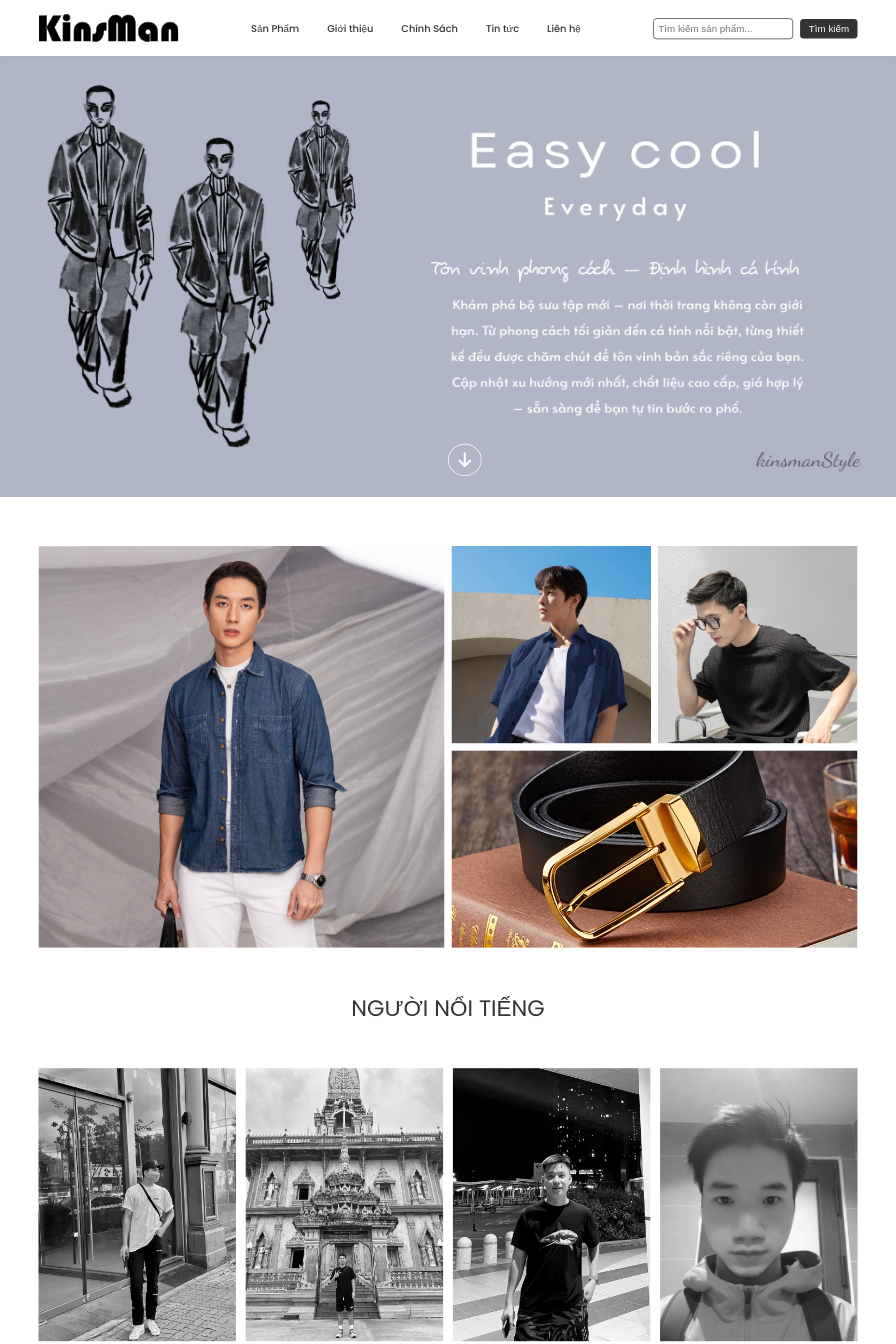
Repository: hoang28092000/kinsmanClothes
Page: index.html
An editor plug-in stored every save of this project. The page is shown before and after the next save, followed by the edit.
The browser window is 1280 px wide. The pictures show the part of the page from y = 0 to 1920 px (the page is 3495 px tall), at 70% of full size.

Above is the page before, as saved 2025-05-08 19:14:20.

### index.html
<!DOCTYPE html>
<html lang="en">
  <head>
    <meta charset="UTF-8" />
    <meta name="viewport" content="width=device-width, initial-scale=1.0" />
    <link rel="preconnect" href="https://fonts.googleapis.com" />
    <link rel="preconnect" href="https://fonts.gstatic.com" crossorigin />
    <link
      href="https://fonts.googleapis.com/css2?family=Poppins:ital,wght@0,100;0,200;0,300;0,400;0,500;0,600;0,700;0,800;0,900;1,100;1,200;1,300;1,400;1,500;1,600;1,700;1,800;1,900&display=swap"
      rel="stylesheet"
    />
    <link
      rel="stylesheet"
      href="https://cdnjs.cloudflare.com/ajax/libs/font-awesome/6.7.2/css/all.min.css"
      integrity="sha512-Evv84Mr4kqVGRNSgIGL/F/aIDqQb7xQ2vcrdIwxfjThSH8CSR7PBEakCr51Ck+w+/U6swU2Im1vVX0SVk9ABhg=="
      crossorigin="anonymous"
      referrerpolicy="no-referrer"
    />
    <link rel="stylesheet" href="./css/reset.css" />
    <link rel="stylesheet" href="./css/main.css" />

    <title>KinsManClothes</title>
  </head>
  <body>
    <header class="header">
      <div class="container">
        <div class="content-header">
          <div class="logo">
            <a href="./index.html">
              <img
                src="./asset/logo/logo-kinsmann.svg"
                alt="KinsManClothes Logo"
              />
            </a>
          </div>
          <nav class="nav">
            <ul>
              <li><a href="./pages/product.html">Sản Phẩm</a></li>
              <li><a href="./pages/about-us.html">Giới thiệu</a></li>
              <li><a href="./pages/policy.html">Chính Sách</a></li>
              <li><a href="./pages/news.html">Tin tức</a></li>
              <li><a href="./pages/contact.html">Liên hệ</a></li>
            </ul>
          </nav>
          <div class="search-box">
            <input type="text" placeholder="Tìm kiếm sản phẩm..." />
            <button type="submit">Tìm kiếm</button>
          </div>
        </div>
      </div>
    </header>

    <main>
      <div class="content-main">
        <div class="slider" id="slider">
          <img
            src="./asset/banner/banner-1.png"
            alt="banner"
            class="slide active"
          />
          <img src="./asset/banner/banner-2.png" alt="banner" class="slide" />
          <img src="./asset/banner/banner-3.png" alt="banner" class="slide" />
          <a href="#category-list"
            ><i class="fa-solid fa-arrow-down arrow-continue"></i
          ></a>
        </div>
      </div>
      <div class="container">
        <section class="category-list" id="category-list">
          <div class="card-wrapper">
            <img
              src="./asset/image/model-6.jpg"
              alt=""
              class="img-category-1"
            />
            <div class="overlay">
              <h3>Jeans</h3>
              <a href="">Xem thêm</a>
            </div>
          </div>
          <div class="card-wrapper-2">
            <img src="./asset/image/model-2.webp" alt="" />
            <div class="overlay">
              <h3>Sơ mi</h3>
              <a href="">Xem thêm</a>
            </div>
          </div>
          <div class="card-wrapper-2">
            <img src="./asset/image/mode-10.jpg" alt="" />
            <div class="overlay">
              <h3>Áo thun</h3>
              <a href="">Xem thêm</a>
            </div>
          </div>
          <div class="card-wrapper-3">
            <img src="./asset/image/model-9.jpg" alt="" />
            <div class="overlay">
              <h3>Thắt lưng</h3>
              <a href="">Xem thêm</a>
            </div>
          </div>
        </section>
        <section class="celebrity">
          <h2 class="title-heading">NGƯỜI NỔI TIẾNG</h2>
          <div class="celebrity-list">
            <a href="">
              <div class="celebrity-item">
                <img src="./asset/image/celep-1.jpg" alt="" />
                <h3>Ca sĩ Tùng Thanh</h3>
              </div>
            </a>
            <a href=""
              ><div class="celebrity-item">
                <img src="./asset/image/celep-5.jpg" alt="" />
                <h3>Nhà thiết kế thời trang Đăng Nam</h3>
              </div></a
            >
            <a href=""
              ><div class="celebrity-item">
                <img src="./asset/image/celep-3.jpg" alt="" />
                <h3>Nhà thiết kế Văn Dũng</h3>
              </div></a
            >
            <a href=""
              ><div class="celebrity-item">
                <img src="./asset/image/celep-7.jpg" alt="" />
                <h3>Diễn viên hài Hoàng Vũ</h3>
              </div></a
            >
          </div>
        </section>
        <section class="collection">
          <h2 class="title-heading">BỘ SƯU TẬP MỚI</h2>
          <div class="list-collection">
            <a href="">
              <div class="item-collection">
                <img src="./asset/image/j-4.webp" alt="this is collection" />
                <p>NEW</p>
              </div>
            </a>
            <a href="">
              <div class="item-collection">
                <img src="./asset/image/j-5.webp" alt="this is collection" />
                <p>NEW</p>
              </div>
            </a>
            <a href="">
              <div class="item-collection">
                <img src="./asset/image/j-6.webp" alt="this is collection" />
                <p>NEW</p>
              </div>
            </a>
            <a href="">
              <div class="item-collection">
                <img src="./asset/image/j-7.webp" alt="this is collection" />
                <p>NEW</p>
              </div>
            </a>
          </div>
        </section>
        <section class="news">
          <h2 class="title-heading">TIN TỨC NỔI BẬT</h2>
          <div class="list-news">
            <a href="">
              <div class="item-news">
                <img
                  src="./asset/image/new-1.jpg "
                  alt="this is picture news 1"
                />
                <div class="info-news">
                  <h3>Hướng dẫn chọn size</h3>
                  <p>
                    Tìm hiểu cách chọn size áo cho nam chuẩn nhất năm 2025. Bảng
                    size áo thun, áo sơ mi, áo jean, theo chiều cao, cân nặng và
                    số đo trên cơ thể.
                  </p>
                </div>
              </div>
            </a>
            <a href="">
              <div class="item-news">
                <img
                  src="./asset/image/news-2.webp "
                  alt="this is picture news 1"
                />
                <div class="info-news">
                  <h3>Phong Cách Mới – Năng động</h3>
                  <p>
                    Bứt phá khỏi những khuôn mẫu cũ kỹ, bộ sưu tập mới mang đến
                    hình ảnh người đàn ông hiện đại: tự tin, bản lĩnh và khác
                    biệt. Từ áo sơ mi tối giản đến blazer cách điệu, mọi chi
                    tiết đều được thiết kế để tôn vinh dáng vóc và thần thái của
                    phái mạnh. Đây không chỉ là quần áo – mà là tuyên ngôn về
                    phong cách sống.
                  </p>
                </div>
              </div>
            </a>
            <a href="">
              <div class="item-news">
                <img
                  src="./asset/image/news-3.jpg "
                  alt="this is picture news 1"
                />
                <div class="info-news">
                  <h3>Chất Lượng Định Hình Đẳng Cấp</h3>
                  <p>
                    Sự tinh tế không đến từ màu sắc nổi bật mà nằm ở từng đường
                    kim, mũi chỉ. Với chất liệu cao cấp, độ hoàn thiện vượt trội
                    và phom dáng chuẩn xác, mỗi thiết kế là sự kết hợp hoàn hảo
                    giữa thủ công và hiện đại. Không cần phô trương – bạn vẫn
                    nổi bật bằng chính sự chỉn chu đầy khí chấ
                  </p>
                </div>
              </div>
            </a>
            <a href="">
              <div class="item-news">
                <img
                  src="./asset/image/news-4.png "
                  alt="this is picture news 1"
                />
                <div class="info-news">
                  <h3>Sắc Màu Trẻ – Mạnh mẽ</h3>
                  <p>
                    Mạnh mẽ không có nghĩa là khô cứng. Những gam màu tươi mới
                    như xanh olive, be hiện đại hay đỏ rượu vang được xử lý tinh
                    tế, tạo nên phong cách vừa trẻ trung vừa lịch lãm. Bộ sưu
                    tập dành cho người đàn ông không ngại thể hiện cá tính – qua
                    màu sắc, qua phong cách, và qua từng bước đi
                  </p>
                </div>
              </div>
            </a>
          </div>
        </section>
      </div>
      <section class="banner-second">
        <img src="./asset/banner/banner-5.png" alt="this banner second" />
        <div class="info-banner">
          <h3>KINSMAN STORE - THƯƠNG HIỆU TRẺ TRUNG NĂNG ĐỘNG</h3>
        </div>
      </section>
    </main>
    <footer class="footer">
      <div class="content-footer">
        <ul class="info-footer">
          <li class="contact-footer">
            <i class="fa-solid fa-phone icon-footer"></i>
            <p> : 0968 026 400</p>
          </li>
          <li class="contact-footer">
            <i class="fa-solid fa-envelope icon-footer"></i>
            <p> : hvu6097@gmail.com</p>
          </li>
        </ul>
        <ul class="info-footer">
          <li class="title-footer">
            GIỚI THIỆU
          </li>
          <li>
            <a href="">
              Hệ thống cửa hàng
            </a>
          </li>
          <li>
            <a href="">
              Sản phẩm
            </a>
          </li>
        </ul>
        <ul class="info-footer">
          <li class="title-footer">
            CHƯƠNG TRÌNH & CHÍNH SÁCH
          </li>
          <li>
            <a href="">Chương trình ưu đãi</a>
          </li>
          <li>
            <a href="">Chính sách bảo hành</a>
          </li>
          <li>
            <a href="">Chính sách đổi hàng</a>
          </li>
          <li>
            <a href="">Chính sách bảo mật</a>
          </li>
          <li>
            <a href="">Quy định thanh toán</a>
          </li>
        </ul>
        <ul class="info-footer">
          <li class="title-footer">
            TIN TỨC
          </li>
          <li>
            <a href="">Tin nổi bật</a>
          </li>
          <li>
            <a href="">Sao Việt và Khách hàng</a>
          </li>
        </ul>
        <ul class="footer-social">
          <li class="title-footer">Theo dõi KinsMan trên mạng xã hội</li>
          <li class="links-social">
            <i class="fa-brands fa-square-facebook icon-social"></i>
            <i class="fa-brands fa-square-instagram icon-social"></i>
            <img src="./asset/icon/icon-zalo2.png" class="img-zalo" alt="ZALO">
            <i class="fa-brands fa-square-x-twitter icon-social"></i>
          </li>
        </ul>
      </div>
      <div class="copy_right">
        <h3>Copyrights © 2025 by hoangVu.</h3>
      </div>
    </footer>

    <div class="up-page">
      <a href="#"><i class="fa-solid fa-angle-up icon-up"></i></a>
    </div>

    <script src="./js/main.js"></script>
  </body>
</html>

### css/main.css
:root {
  --primary-color: #ff6347;
  --secondary-color: #4caf50;
  --background-color: #f0f0f0;
  --text-color: #333;
}
* {
  padding: 0;
  margin: 0;
  box-sizing: border-box;
}
html {
  font-family: "Poppins", sans-serif;
  font-size: 62.5%;
  scroll-behavior: smooth;
}

.container {
  width: 1170px;
  max-width: calc(100% - 48px);
  margin: 0 auto;
}
.content-header {
  display: flex;
  justify-content: space-between;
  align-items: center;
}
.header {
  position: fixed;
  height: 80px;
  top: 0;
  left: 0;
  right: 0;
  z-index: 999;
  background-color: white;
  box-shadow: 0 2px 4px rgba(0, 0, 0, 0.05);
}
.arrow-continue {
  position: absolute;
  bottom: 30px;
  left: 50%;
  z-index: 2;
  font-size: 2.4rem;
  color: #fff;
  border: 1px solid #fff;
  padding: 10px 14px;
  border-radius: 50%;
}
.arrow-continue:hover {
  background-color: var(--primary-color);
  color: #fff;
  transition: all 0.3s ease-in-out;
}
header .logo img {
  width: 200px;
  height: 80px;
}
.nav ul {
  display: flex;
  justify-content: space-between;
  gap: 20px;
}
.nav a {
  text-decoration: none;
  color: var(--text-color);
  font-size: 1.4rem;
  font-weight: 500;
  padding: 10px;
  transition: all 0.3s ease-in-out;
}
.nav a:hover {
  color: var(--primary-color);
}
.search-box {
  display: flex;
  align-items: center;
  gap: 10px;
}
.search-box input[type="text"] {
  padding: 6px;
  border: 1px solid var(--text-color);
  border-radius: 5px;
  font-size: 1.4rem;
  width: 200px;
  outline: none;
}
.search-box input[type="text"]:focus {
  border-color: var(--primary-color);
}
.search-box button[type="submit"] {
  background-color: #333;
  color: #fff;
  font-weight: 500;
  border: none;
  padding: 6px 12px;
  border-radius: 5px;
  cursor: pointer;
  font-size: 1.4rem;
  transition: all 0.3s ease-in-out;
}
.search-box button[type="submit"]:hover {
  background-color: var(--primary-color);
}

/* main */
.content-main {
  margin-top: 80px;
}
.slider {
  position: relative;
  width: 100%;
  height: 630px;
  overflow: hidden;
}
.slide {
  position: absolute;
  width: 100%;
  height: 100%;
  opacity: 0;
  transition: opacity 0.5s ease-in-out;
}
.slide.active {
  opacity: 1;
  z-index: 1;
}

.overlay {
  background-color: #928d8d;
  display: none;
}
.overlay h3 {
  color: #fff;
  font-size: 2.4rem;
}

.category-list {
  margin-top: 70px;
  display: grid;
  grid-template-columns: repeat(4, 1fr);
  grid-template-rows: repeat(2, 282px);
  gap: 10px;
}
.card-wrapper {
  position: relative;
  width: 100%;
  grid-column: span 2; /* chiếm 2 cột */
  grid-row: span 2;
  overflow: hidden;
}

.card-wrapper-2 {
  position: relative;
  width: 100%;
  overflow: hidden;
}
.card-wrapper-3 {
  position: relative;
  width: 100%;
  grid-column: span 2; /* chiếm 3 cột */
  grid-row: span 1;
  overflow: hidden;
}

.category-list img {
  width: 100%;
  height: 100%;
  object-fit: cover;
  object-position: top;
  transition: all 0.3s ease-in-out;
}

.card-wrapper-3 img {
  object-position: center;
}

.card-wrapper:hover .overlay,
.card-wrapper-2:hover .overlay,
.card-wrapper-3:hover .overlay {
  position: absolute;
  top: 0;
  left: 0;
  right: 0;
  bottom: 0;
  display: flex;
  flex-direction: column;
  justify-content: center;
  align-items: center;
  width: 100%;
  height: 100%;
  background-color: rgba(0, 0, 0, 0.5);
  transition: all 0.3s ease-in-out;
}
.overlay a {
  display: block;
  text-decoration: none;
  color: #fff;
  font-size: 1.6rem;
  margin-top: 30px;
  border: 1px solid #fff;
  padding: 10px 20px;
  transition: all 0.3s ease-in-out;
  border-radius: 5px;
  background-color: transparent;
}
.overlay a:hover {
  background-color: var(--primary-color);
  color: #fff;
}

.card-wrapper:hover img,
.card-wrapper-2:hover img,
.card-wrapper-3:hover img {
  transform: scale(1.05);
  transition: all 0.3s ease-in-out;
}

/* celebrity */
.celebrity {
  margin-top: 70px;
}
.title-heading {
  text-align: center;
  font-size: 3.2rem;
  color: var(--text-color);
  margin-bottom: 70px;
}
.celebrity-list {
  display: flex;
  justify-content: space-between;
  align-items: center;
}
.celebrity-list a {
  text-decoration: none;
}
.celebrity-item {
  position: relative;
  width: 282px;
}
.celebrity-item img {
  width: 100%;
  height: 390px;
  object-fit: cover;
  object-position: top;
  filter: blur(0px) grayscale(100%) sepia(0);
  transition: filter 0.4s ease;
}
.celebrity-item img:hover {
  filter: grayscale(0%);
  cursor: pointer;
}
.celebrity-item h3 {
  font-size: 1.4rem;
  font-weight: 600;
  color: #333;
  margin-top: 12px;
  text-align: center;
}

/* collection */
.collection {
  margin-top: 70px;
}
.list-collection {
  display: flex;
  justify-content: space-between;
  align-items: center;
  gap: 10px;
}
.item-collection {
  position: relative;
  width: 277px;
  overflow: hidden;
  height: 276px;
}
.item-collection img {
  width: 100%;
  height: 100%;
  transition: transform 0.3s ease;
}
.item-collection p {
  position: absolute;
  top: 20px;
  left: 20px;
  background-color: #fff;
  color: #333;
  font-size: 1.2rem;
  font-weight: 600;
  padding: 4px 8px;
  border-radius: 7px;
}
.item-collection img:hover {
  transform: scale(1.05);
}

/* news */
.news {
  margin-top: 70px;
}
.list-news {
  display: flex;
  justify-content: space-between;
  align-items: center;
  gap: 20px;
}
.item-news {
  width: 280px;
  height: 310px;
}
.item-news img {
  width: 100%;
  height: 210px;
}
.list-news a {
  text-decoration: none;
  transition: filter 0.4s ease;
  filter: blur(0px) grayscale(100%) sepia(0);
}
.list-news a:hover {
  filter: grayscale(0%);
}

.info-news {
  padding: 12px;
}
.info-news h3 {
  font-size: 1.4rem;
  font-weight: 600;
  margin-bottom: 10px;
  text-align: center;
  color: #333;
}
.info-news p {
  display: -webkit-box;
  -webkit-line-clamp: 2;
  -webkit-box-orient: vertical;
  overflow: hidden;
  text-overflow: ellipsis;
  font-size: 1.4rem;
  color: #333;
  font-weight: 300;
  line-height: 1.57;
}

/* banner second */
.banner-second {
  position: relative;
  margin-top: 70px;
  width: 100%;
  height: 250px;
}
.banner-second img {
  width: 100%;
  height: 100%;
  object-fit: center;
  background-position: center;
}
.banner-second h3 {
  position: absolute;
  top: 50%;
  color: #fff;
  font-size: 2.4rem;
  font-weight: 600;
  left: 50%;
  transform: translateX(-50%);
  font-family: "Roboto", sans-serif;
}

/* footer */
.footer {
  margin-top: 70px;
  box-shadow: 0 -4px 10px rgba(0, 0, 0, 0.1);
}

.content-footer {
  display: flex;
  justify-content: space-between;
  gap: 40px;
  padding-left: 20px;
}
.info-footer {
  max-width: 288px;
  padding-top: 20px;
  padding-bottom: 20px;
}
.contact-footer {
  display: flex;
  align-items: center;
}
.contact-footer .icon-footer {
  font-size: 1.2rem;
}
.contact-footer p {
  font-size: 1.4rem;
  margin-left: 8px;
}
.title-footer {
  font-size: 1.4rem;
  color: #333;
  margin-bottom: 12px;
  font-weight: 600;
}
.info-footer li {
  margin-bottom: 12px;
}
.info-footer a {
  font-size: 1.3rem;
  text-decoration: none;
  color: #333;
}
.info-footer a:hover {
  color: var(--primary-color);
}
.footer-social {
  background-color: var(--background-color);
  display: flex;
  justify-content: center;
  align-items: center;
  flex-direction: column;
  padding: 0 20px;
}
.footer-social a{
  text-decoration: none;
}
.links-social {
  display: flex;
  justify-content: center;
  align-items: center;
  gap: 2px;
}
.links-social .icon-social {
  width: 60px;
  height: 60px;
  font-size: 3.6rem;
  display: flex;
  justify-content: center;
  align-items: center;
  transition: transform 0.3s ease;
  color: #333;
}
.links-social .icon-social:hover,
.img-zalo:hover {
  transform: translateY(-4px);
  cursor: pointer;
}
.img-zalo {
  width: 60px;
  height: 60px;
  transition: transform 0.3s ease;
  object-fit: cover;
}
.copy_right {
  width: 100%;
  height: 40px;
  background-color: #000;
  display: flex;
  justify-content: center;
  align-items: center;
}
.copy_right h3 {
  font-size: 1.4rem;
  color: #fff;
  font-weight: 300;
}

/* up page */
.up-page {
  position: fixed;
  bottom: 60px;
  right: 40px;
}
.up-page .icon-up {
  font-size: 2.4rem;
  color: #fff;
  background-color: rgba(173, 167, 167, 0.6);
  padding: 10px 11px;
}
.up-page .icon-up:hover {
  background-color: #333;
  cursor: pointer;
}

### js/main.js
const sliders = document.querySelectorAll(".slide");
let current = 0;
let interval = null;

function showNextSlide() {
  sliders[current].classList.remove("active");
  current = (current + 1) % sliders.length;
  sliders[current].classList.add("active");
}
function startSlider() {
  interval = setInterval(showNextSlide, 2500);
}
function stopSlider() {
  clearInterval(interval);
}

const slider = document.getElementById("slider");
slider.addEventListener("mouseover", stopSlider);
slider.addEventListener("mouseleave", startSlider);

Loaded but not shown: css/reset.css (common file)

After the next save:
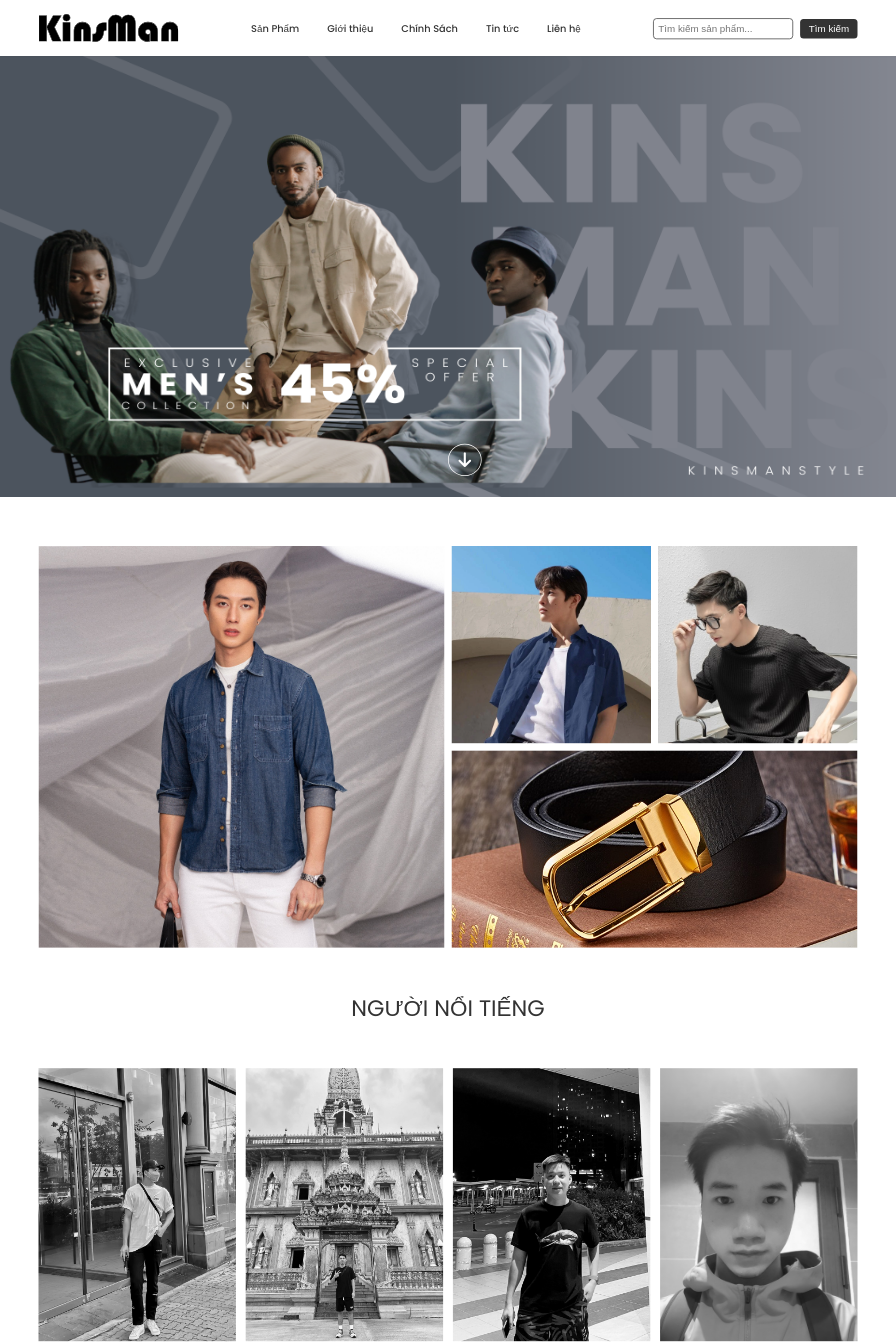
Saved 95 s later.
--- a/index.html
+++ b/index.html
@@ -54,7 +54,7 @@
       <div class="content-main">
         <div class="slider" id="slider">
           <img
-            src="./asset/banner/banner-1.png"
+            src="./asset/banner/banner-2.png"
             alt="banner"
             class="slide active"
           />
